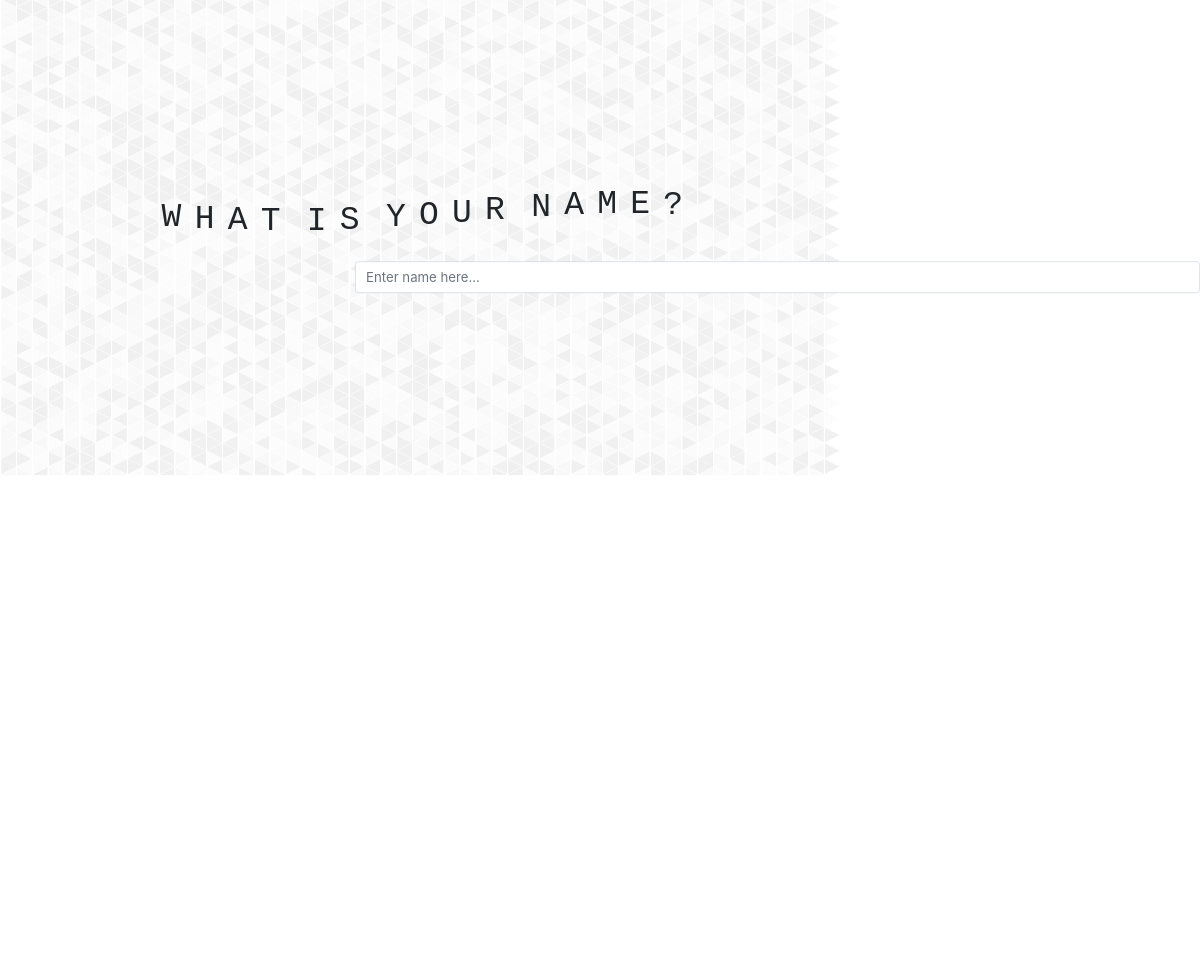
Repository: Aaquib111/Aaquib111.github.io
Page: index.html
These files come from the project's save history. The page is drawn as it stood at one moment and after the next save; the edit follows.
The browser window is 1280 px wide. The page is 1818 px wide, then 1280 px, so the pictures cover 1818 px, including what lies to the right of the window. The pictures show the whole page, at 66% of full size.

Above is the page before, as saved 2021-05-12 21:55:00.

### index.html
<!DOCTYPE html>
<html>
    <head>
        <meta charset="utf-8">
        <title></title>
        <link rel="stylesheet" type="text/css" href="css\background.css">
        <link rel="stylesheet" href="https://maxcdn.bootstrapcdn.com/bootstrap/4.0.0/css/bootstrap.min.css" integrity="sha384-Gn5384xqQ1aoWXA+058RXPxPg6fy4IWvTNh0E263XmFcJlSAwiGgFAW/dAiS6JXm" crossorigin="anonymous">
    </head>
    <body>

        <canvas id="canvas" width=""></canvas>
            <div id="inputs">
                Text <input type="text" placeholder="What is your name?" value="What is your name?" id="texty"><br>
                Speed <input type="number" id="omegset" step="0.1" value="1.8"><br>
                Amplitude <input type="number" id="ampset" step='1' value='20'><br>
                Font size <input type="number" id="fonts" step='1' value='50'><br>
                Waves <input type="number" id="waves" step='0.1' value='4' min='0' max='8'><br>
            </div>
        <div id="contain">
            <div id="wrap"></div>
            <div id="name">
                <input class="form-control form-control-lg" type="text" placeholder="Enter name here...">
            </div>
        </div>
       <script src="js\background.js"></script>
    </body>
</html>

### css/background.css
* {
  margin: 0;
  padding: 0;
}

html, body {
  height: 100%;
  width: 100%;
}

canvas{
  height: 100%;
  width: 100%;
}


#wrap{
  z-index: 1;
  position: absolute;
  left: 0;
  top: 0;
  height: 100vh;
  width: 100vw;
  display: flex;
  align-items: flex-end;
  justify-content: center;
  flex-wrap: wrap;
  max-height: 50vh;
}

#contain{
  display: flex;
  flex-direction: column;
}
#name{
  align-self:center;
  z-index: 2;
  position: absolute;
  height: 150vh;
  width: 100vw;
  left: 42vw;
  top: 55vh;
  align-items: flex-start;
}
.hoovy{
  font-size: 50px;
  font-family: 'VT323',Monospace,sans-serif;
  margin-left: 10px;
  margin-right: 10px;
  -moz-user-select: none;
  -webkit-user-select: none;
  -ms-user-select: none;
}
input{
  background-color: rgba(255,255,255,0.3);
  border: none;
  margin-top: 2px;
  margin-bottom: 2px;
}
#inputs{
  text-align: right;
  color: white;
  font-family: 'VT323';
  padding: 5px 10px;
  border-radius: 5px;
  background-color: rgba(0,0,0,0.2);
  z-index: 2;
  position: absolute;
  box-shadow: #000 2px 3px 10px -2px;
  top: 10px;
  right: 10px;
  -moz-user-select: none;
  -webkit-user-select: none;
  -ms-user-select: none;
  visibility: hidden;
}

### js/background.js
var livePatern = {
    canvas: null,
    context: null,
    cols: 0,
    rows: 0,
    colors: [252, 251, 249, 248, 241, 240],
    triangleColors: [],
    destColors: [],

    init: function(){
      this.canvas = document.getElementById('canvas');
      this.context = this.canvas.getContext('2d');
      this.cols = Math.floor(document.body.clientWidth / 24);
      this.rows = Math.floor(document.body.clientHeight / 24) + 1;

      this.canvas.width = document.body.clientWidth;
      this.canvas.height = document.body.clientHeight;

      this.drawBackground();
      this.animate();
    },

    drawTriangle: function(x, y, color, inverted){
      inverted = inverted == undefined ? false : inverted;

      this.context.beginPath();
      this.context.moveTo(x, y);
      this.context.lineTo(inverted ? x - 22 : x + 22, y + 11);
      this.context.lineTo(x, y + 22);
      this.context.fillStyle = "rgb("+color+","+color+","+color+")";
      this.context.fill();
      this.context.closePath();
    },

    getColor: function(){
      return this.colors[(Math.floor(Math.random() * 6))];
    },

    drawBackground: function(){
      var eq = null;
      var x = this.cols;
      var destY = 0;
      var color, y;

      while(x--){
        eq = x % 2;
        y = this.rows;

        while(y--){
          destY = Math.round((y-0.5) * 24);

          this.drawTriangle(x * 24 + 2, eq == 1 ? destY : y * 24, this.getColor());
          this.drawTriangle(x * 24, eq == 1 ? destY  : y * 24, this.getColor(), true);
        }
      }
    },

    animate: function(){
      var me = this;

      var x = Math.floor(Math.random() * this.cols);
      var y = Math.floor(Math.random() * this.rows);
      var eq = x % 2;

      if (eq == 1) {
        me.drawTriangle(x * 24, Math.round((y-0.5) * 24) , this.getColor(), true);
      } else {
        me.drawTriangle(x * 24 + 2, y * 24, this.getColor());
      }

      setTimeout(function(){
        me.animate.call(me);
      }, 10);
    },
  };

  !function(){livePatern.init();}()


  let waves = 4;

  function docify(str){
    document.getElementById('wrap').innerHTML = "";
    for(let i = 0; i < str.length; i++){
      let el = document.createElement('div');
      el.className = "hoovy";
      el.appendChild(  document.createTextNode(str.charAt(i))  );
      el.setAttribute('data-phi',i*Math.PI/(10 - waves));
      el.style.transform = "";
      document.getElementById('wrap').appendChild(el);
    }
    document.getElementById('wrap').appendChild(document.createElement('br'));
  }

  let omeg = 1.8,
      ampl = 13,
      wrap = document.getElementById('wrap'),
      time = 0;

  function anim(){

    if(omeg * time > 2*Math.PI){
      time = 0;
    }
    for(let k = 0; k < wrap.childNodes.length; k++){
      let elem = wrap.childNodes[k];
      let phi = elem.getAttribute('data-phi');
      elem.style.transform = 'translateY('+ampl*Math.sin(omeg*time + phi/2) + 'px)';
    }
    time += 6/100;
    requestAnimationFrame(anim);
  };

  document.getElementById('wrap').innerHTML = "";

  document.getElementById('ampset').oninput = function(){
    ampl = this.value;
  }
  document.getElementById('omegset').oninput = function(){
    omeg = this.value;
  }
  document.getElementById('fonts').oninput = function(){
    for(let i = 0; i < wrap.childNodes.length; i++){
      wrap.childNodes[i].style.fontSize = document.getElementById('fonts').value + 'px';
    }
  }
  document.getElementById('waves').oninput = function(){
    waves = this.value;
    docify(document.getElementById('texty').value);
  }
  document.getElementById('texty').oninput = function(){
    docify(this.value);
  }

  docify('WHAT IS YOUR NAME?');
  anim();

After the next save:
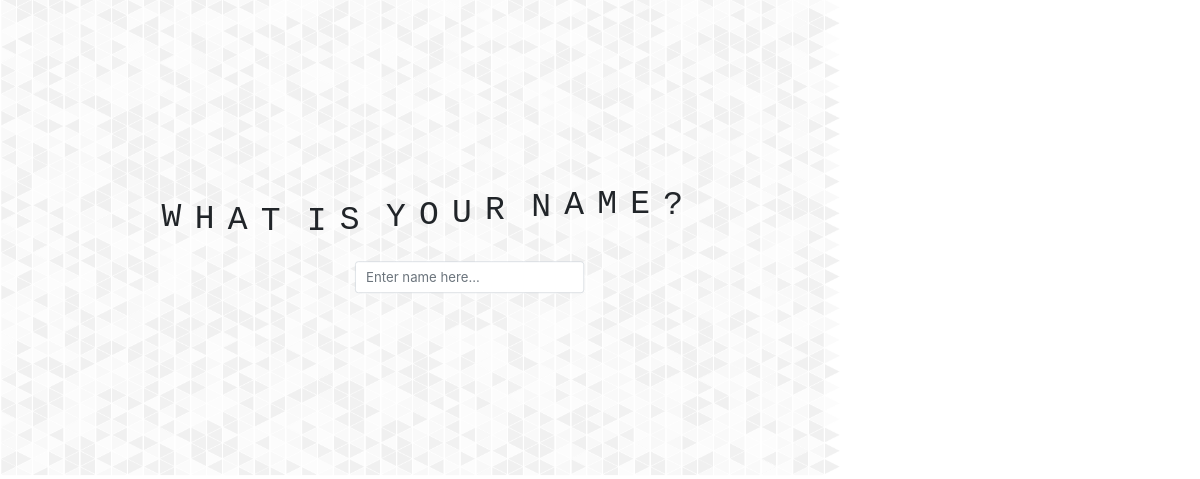
Saved 21 s later.
--- a/css/background.css
+++ b/css/background.css
@@ -36,8 +36,6 @@ canvas{
   align-self:center;
   z-index: 2;
   position: absolute;
-  height: 150vh;
-  width: 100vw;
   left: 42vw;
   top: 55vh;
   align-items: flex-start;
